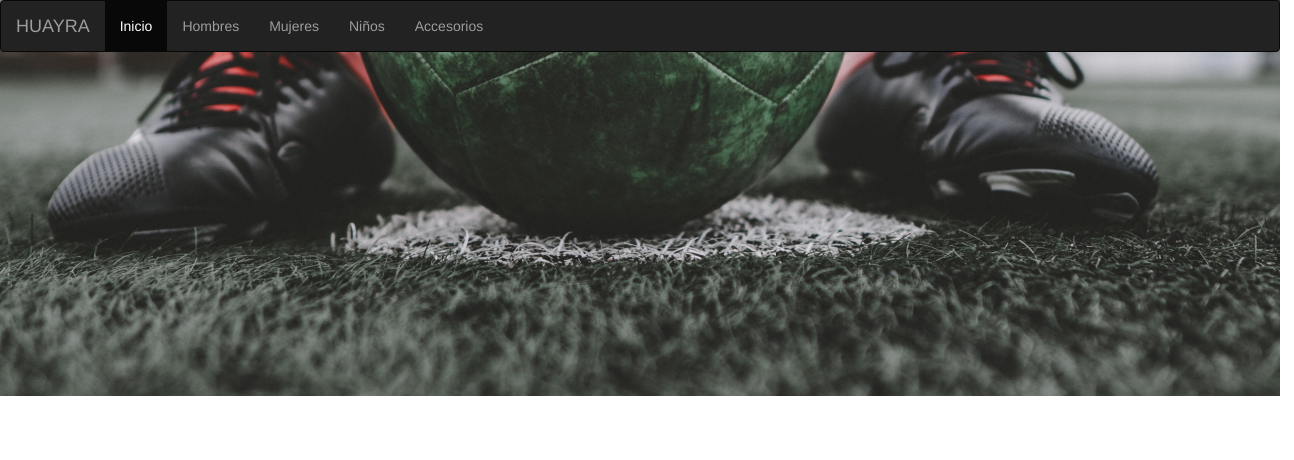
Repository: ereiss86/TrabajoPracticoFinal
Page: Trabajo final/index.html
The author's editor kept a copy of each file at every save. The page is drawn from the files as they stood at one save, then again after the next save.
The browser window is 1280 px wide. The page is 1280 px wide, then 1294 px, so the pictures cover 1294 px, including what lies to the right of the window. The pictures show the whole page.

Above is the page before, as saved 2023-04-09 01:47:00.

After the next save:
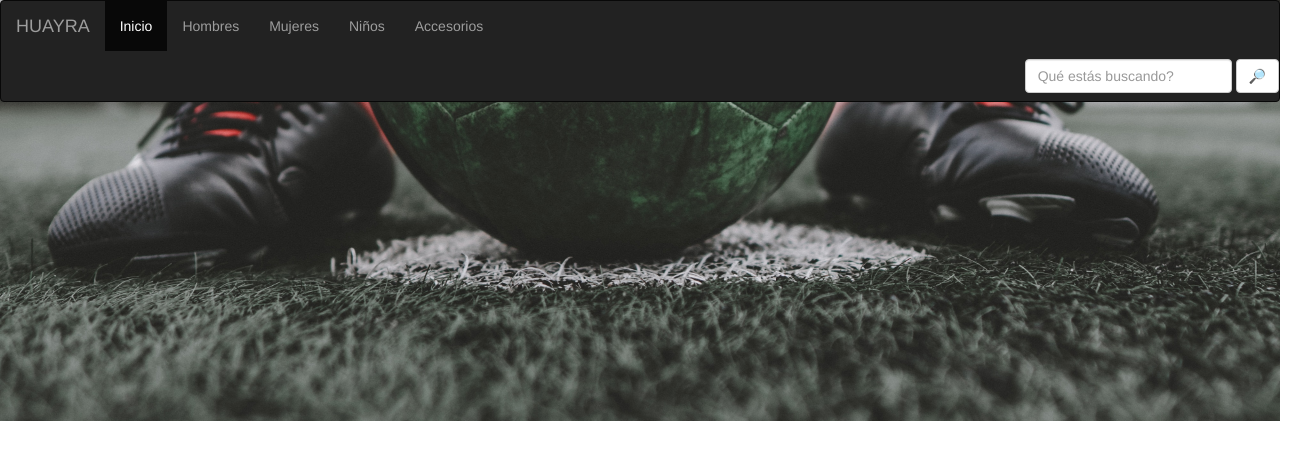
Saved 32 s later.
--- a/Trabajo final/index.html
+++ b/Trabajo final/index.html
@@ -43,12 +43,12 @@
         </ul>
       </div>
     </div>
-    <!-- <form class="navbar-form navbar-right" role="search">
+    <form class="navbar-form navbar-right" role="search">
       <div class="form-group">
         <input type="text" class="form-control" placeholder="Qué estás buscando?">
       </div>
       <button type="submit" class="btn btn-default"> 🔎 </button>
-    </form> -->
+    </form>
   </nav>
 
 </header>
